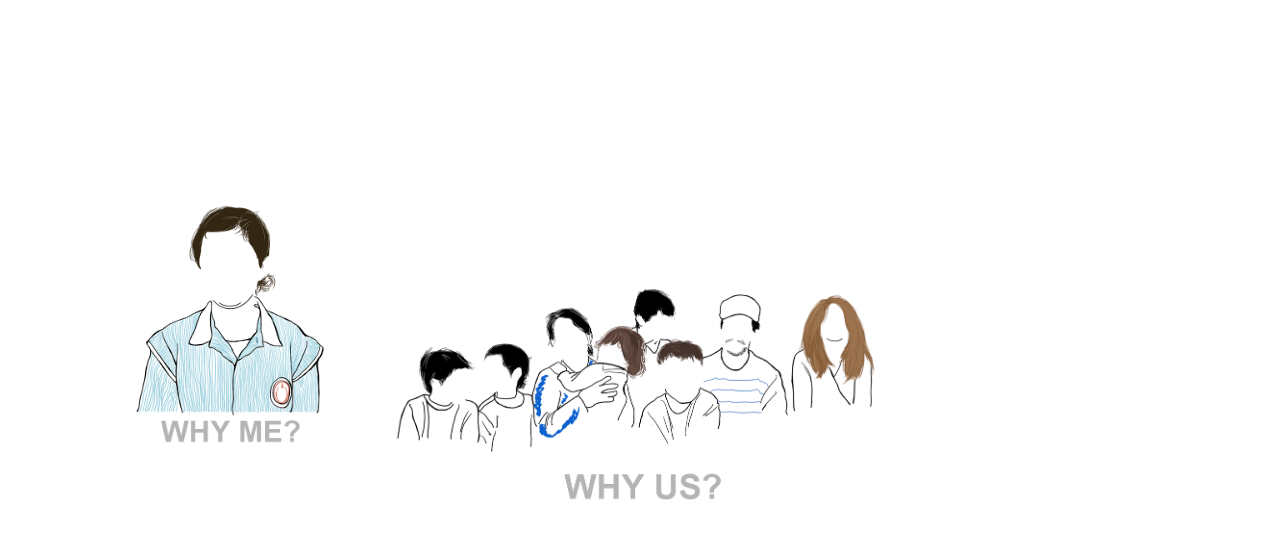
Repository: Lettie123/webpr4
Page: 04.html
These files come from the project's save history. The page is drawn as it stood at one moment and after the next save; the edit follows.
The browser window is 1280 px wide. The pictures show the whole page.

Above is the page before, as saved 2020-11-23 23:55:53.

### 04.html
<html>
    <head>
        <meta charset="UTF-8">
        <meta name="viewport" content="width=device-width,initial-scale=1" />
        <meta name="viewport" content="width=device-width,initial-scale=1.0,maximum-scale=1.0,user-scalable=no">
        <link rel="stylesheet" type="text/css" href="style05.css">

    </head>

    <body>
        <div id="r01">
            <span>
                <img src="pepic/r01.png" style="width:100%">
            </span>
        </div>

        <div id="r02">
            <span>
                <img src="pepic/r02.png" style="width:100%">
            </span>
        </div>
    </body>

### style05.css
body {
	overflow:scroll;
    overflow-y:hidden;
    overflow-x:hidden;
}

#r01{
    width: 250px;
    height: 250px;
	position: absolute;
	left: 18%;
	top: 45%;
    transform: translate(-50%,-50%);
    color: #B4B4B4;
}
#r02{
    width: 500px;
    height: 500px;
	position: absolute;
	left: 50%;
	top: 65%;
    transform: translate(-50%,-50%);
    color: #B4B4B4;
}

After the next save:
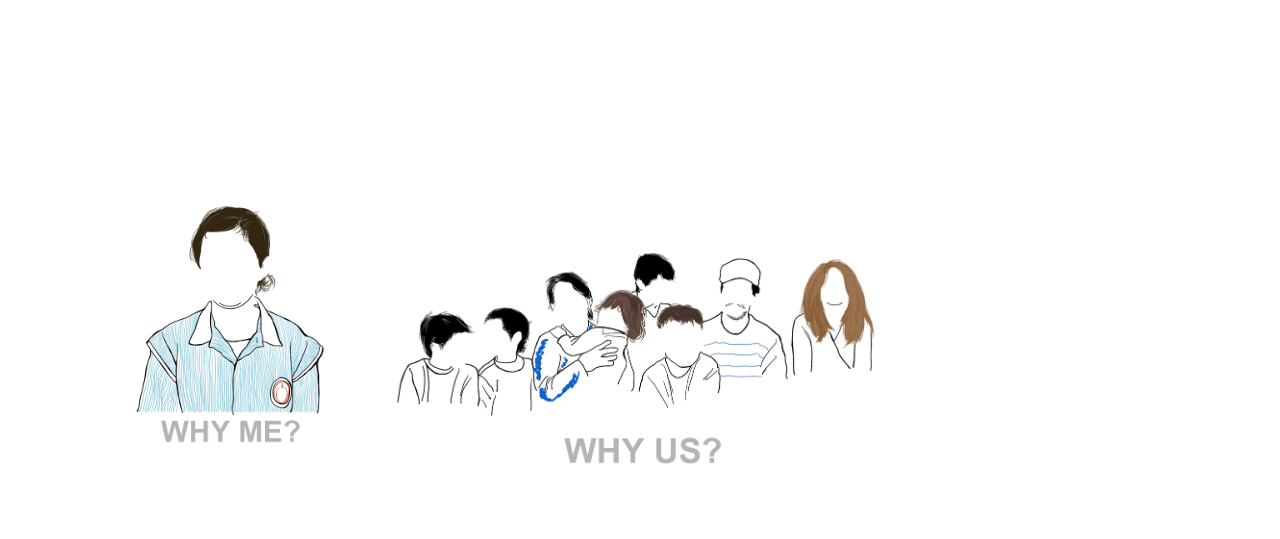
Saved 4 s later.
--- a/style05.css
+++ b/style05.css
@@ -18,7 +18,7 @@ body {
     height: 500px;
 	position: absolute;
 	left: 50%;
-	top: 65%;
+	top: 60%;
     transform: translate(-50%,-50%);
     color: #B4B4B4;
 }
